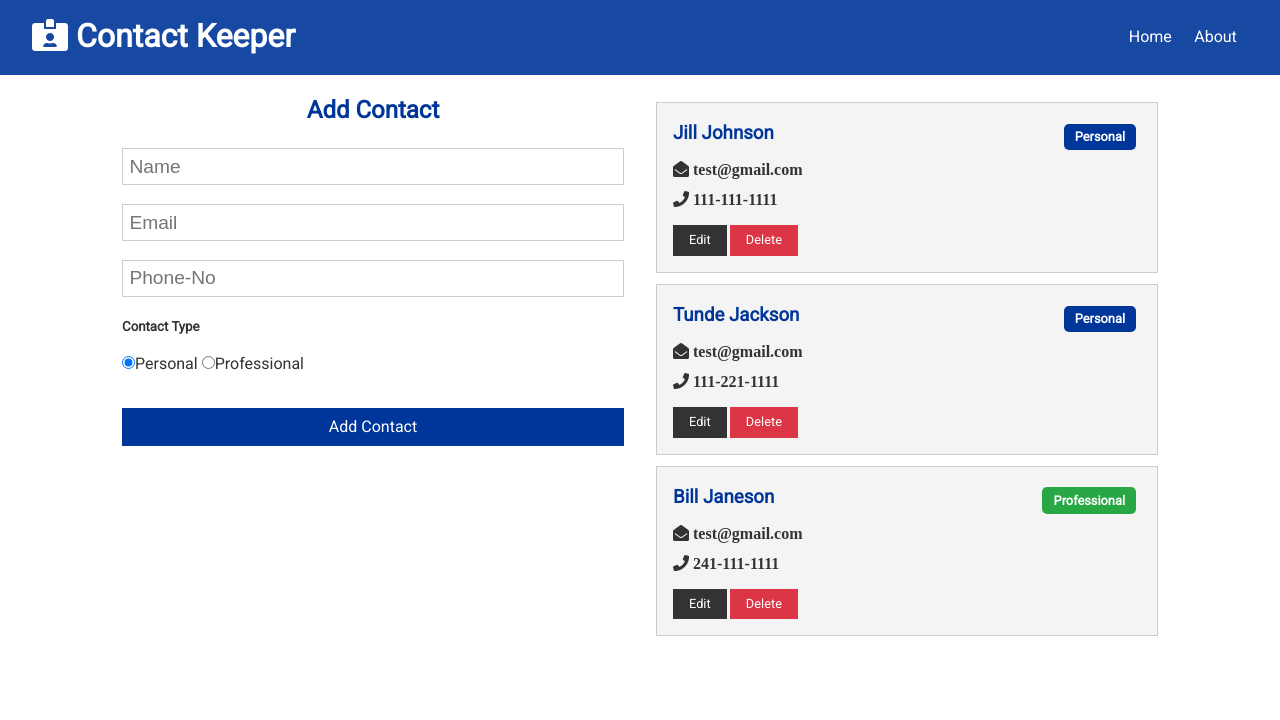
Repository: Art101-ui/Contact-keeper
Page: / (app in client/)
The author's editor kept a copy of each file at every save. The page is drawn from the files as they stood at one save, then again after a run of saves.
The browser window is 1280 px wide. The pictures show the whole page.
Some web libraries are served in a nearby version. The project was rebuilt for these pictures with package versions that can differ from the ones it lists, and the page was loaded fresh each time. A package was used in the major version that the imports need, not the one package.json lists. Also part of the build but not shown: client/src/components/pages/About.js.

Above is the page before, as saved 2021-09-21 07:57:47.

After the next 2 saves:
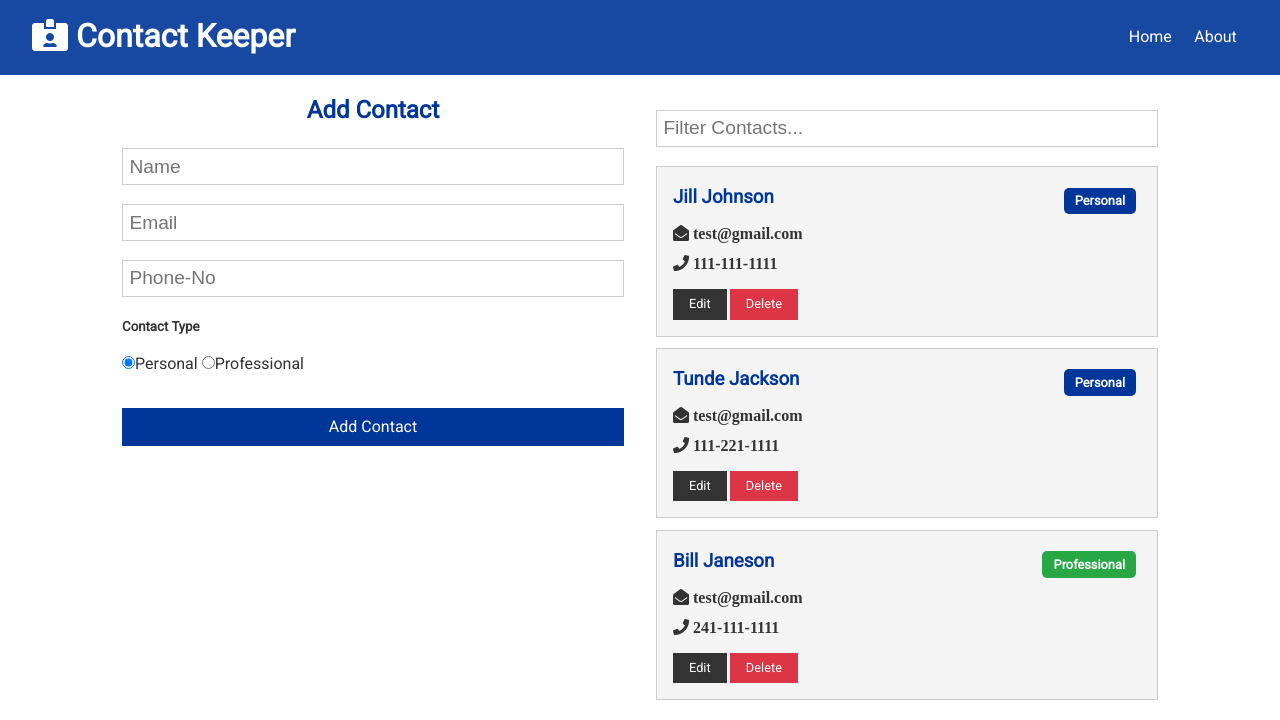
The 2 saves are shown as one change because 1 did not build or start.
The last was saved 76 s later.
--- a/client/src/components/pages/Home.js
+++ b/client/src/components/pages/Home.js
@@ -1,6 +1,7 @@
 import React from 'react'
 import Contacts from '../contacts/Contacts'
 import ContactForm from '../contacts/ContactForm'
+import ContactsFilter from '../contacts/ContactsFilter'
 
 const Home = () => {
     return (
@@ -10,6 +11,7 @@ const Home = () => {
                   {<ContactForm/>}
                </div>
                <div>
+                <ContactsFilter/>
                  <Contacts/>
                </div>
            </div>
--- a/client/src/components/contacts/ContactsFilter.js
+++ b/client/src/components/contacts/ContactsFilter.js
@@ -8,13 +8,13 @@ const ContactsFilter = () => {
 
     const {filterContact,clearfilter,filtered} = contactContext
 
-    useEffext(()=>{
+    useEffect(()=>{
         if(filtered ===null){
             text.current.value = ''
         }
     })
 
-    const onChange = ()=>{
+    const onChange = (e)=>{
       if(text.current.value!==''){
         filterContact(e.target.value)
       }else{
